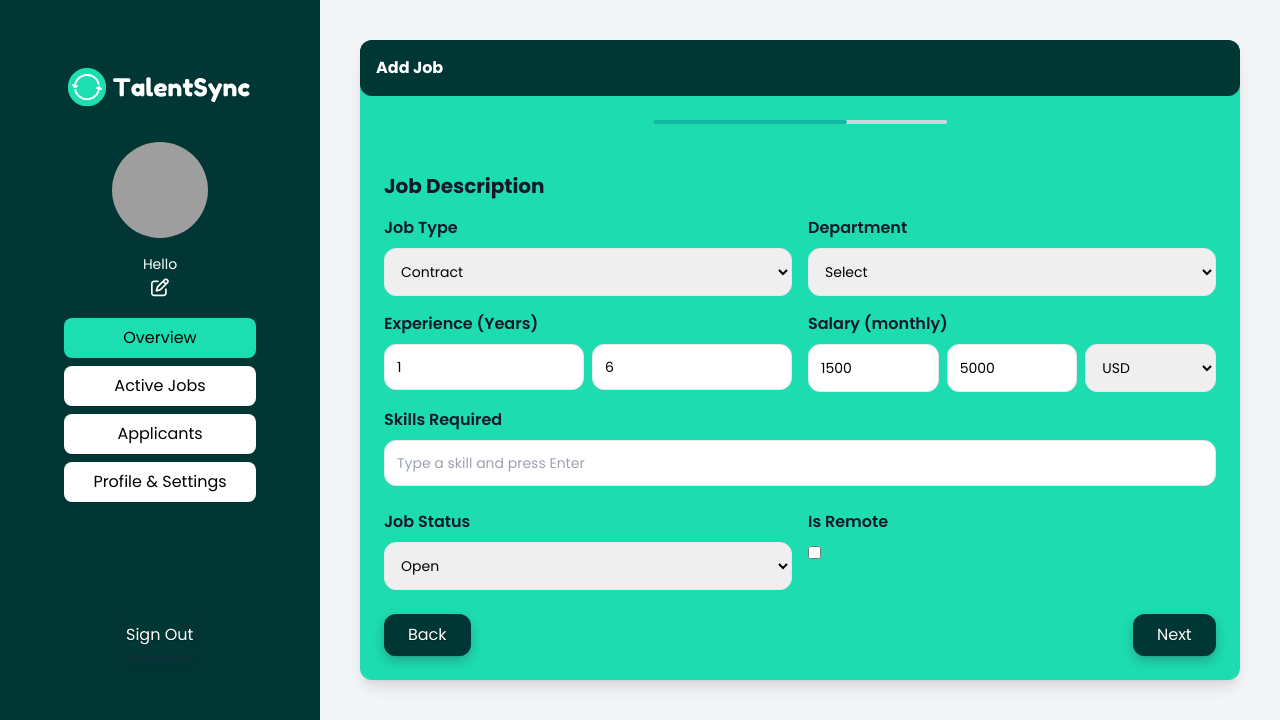
Repository: AbdullahScriptStudio/TalentSync
Page: http://localhost/recruiter/create/step2/
The author's editor kept a copy of each file at every save. The page is drawn from the files as they stood at one save, then again after a run of saves.
The browser window is 1280 px wide. The pictures show the whole page.
Pictures or frames that could not be fetched are drawn as grey boxes. Some web libraries are served in a nearby version. The page is served by the project's application, run on Django 5.2 (manage.py). Other server files are loaded and not shown.

Above is the page before, as saved 2025-03-25 15:49:25.

### recruiter/templates/recruiter/job_form_step2.html
<!DOCTYPE html>
<html lang="en">
{% load static %}

<head>
    <meta charset="UTF-8">
    <meta name="viewport" content="width=device-width, initial-scale=1.0">
    <script src="https://cdn.tailwindcss.com"></script>
    <link rel="stylesheet" href="https://cdnjs.cloudflare.com/ajax/libs/font-awesome/6.0.0-beta3/css/all.min.css">
    <title>Job Post - Step 2</title>
    <style>
        @import url('https://fonts.googleapis.com/css2?family=Inter:ital,opsz,wght@0,14..32,100..900;1,14..32,100..900&family=Poppins:ital,wght@0,100;0,200;0,300;0,400;0,500;0,600;0,700;0,800;0,900;1,100;1,200;1,300;1,400;1,500;1,600;1,700;1,800;1,900&display=swap');

        body {
            font-family: "Poppins", sans-serif;
            background-color: white;
        }

        button {
            font-size: 18px;
            display: inline-block;
            outline: 0;
            border: 0;
            cursor: pointer;
            will-change: box-shadow, transform;
            background: radial-gradient(100% 100% at 100% 0%, #003634 0%, #003634 100%);
            box-shadow: 0px 0.01em 0.01em rgb(45 35 66 / 40%), 0px 0.3em 0.7em -0.01em rgb(45 35 66 / 30%), inset 0px -0.01em 0px rgb(0 54 52 / 50%);
            padding: 0 2em;
            border-radius: 0.3em;
            color: #fff;
            height: 2.6em;
            text-shadow: 0 1px 0 rgb(0 0 0 / 40%);
            transition: box-shadow 0.15s ease, transform 0.15s ease;
        }

        button:hover {
            box-shadow: 0px 0.1em 0.2em rgb(0 54 52 / 40%), 0px 0.4em 0.7em -0.1em rgb(0 54 52 / 30%), inset 0px -0.1em 0px #003634;
            transform: translateY(-0.1em);
        }

        button:active {
            box-shadow: inset 0px 0.1em 0.6em #003634;
            transform: translateY(0em);
        }

        .skill-box {
            display: flex;
            flex-wrap: wrap;
            gap: 10px;
        }

        .skill-item {
            background-color: #003634;
            color: white;
            padding: 8px 12px;
            border-radius: 20px;
            display: flex;
            align-items: center;
        }

        .skill-item button {
            background: none;
            border: none;
            color: white;
            cursor: pointer;
            margin-left: 8px;
        }
    </style>
</head>

<body class="bg-gray-100">
    <div class="flex min-h-screen">
        <!-- Sidebar -->
        <div class="bg-[#003634] text-white w-1/4 p-6 flex flex-col items-center fixed h-full" style="padding: 4rem;">
            <div class="flex items-center mb-8">
                <img alt="TalentSync logo" class="w-48 h-auto" src="{% static 'images/logo.svg' %}" />
            </div>
            <img alt="Profile picture of John Smith" class="w-24 h-24 rounded-full mb-4" height="100" src="{% static 'images/dog-profile.svg' %}" width="100" />
            <div class="text-center mb-4">
                <p class="text-sm">Hello</p>
                <p class="text-lg">{{ user.first_name }} {{ user.last_name }} <i class="fa-regular fa-pen-to-square"></i></p>
            </div>
            <nav class="flex flex-col w-full">
                <a href="overviewDashboard.html" class="bg-[#1cdeb0] text-white py-2 px-4 rounded mb-2" style="border-radius: 0.5rem;color: rgb(0 0 0); text-align: center;">Overview</a>
                <a href="aciveJobsDashboard.html" class="bg-white text-teal-900 py-2 px-4 rounded mb-2" style="border-radius: 0.5rem;color: rgb(0 0 0); text-align: center;">Active Jobs</a>
                <a href="applicantsDashboard.html" class="bg-white text-teal-900 py-2 px-4 rounded mb-2" style="border-radius: 0.5rem;color: rgb(0 0 0); text-align: center;">Applicants</a>
                <a href="#" class="bg-white text-teal-900 py-2 px-4 rounded mb-2" style="border-radius: 0.5rem;color: rgb(0 0 0); text-align: center;">Profile &amp; Settings</a>
            </nav>
            <button class="mt-auto text-white">Sign Out</button>
        </div>

        <!-- Main Content -->
        <div class="flex-1 p-10 ml-[25%] overflow-y-auto">
            <div class="bg-[#1dddb0] rounded-xl shadow-lg">
                <div>
                    <h2 class="bg-[#003634] text-white font-bold mb-6 p-4 rounded-xl">Add Job</h2>
                </div>

                <!-- Progress Bar -->
                <div class="flex justify-center mb-6">
                    <div class="w-1/3 h-1 bg-gray-300 rounded-full">
                        <div class="h-full bg-teal-500 rounded-full" style="width: 66%;"></div> <!-- 66% for step 2 -->
                    </div>
                </div>

                <div class="p-6 rounded-xl">
                    <h3 class="text-xl font-bold text-gray-900 mb-4">Job Description</h3>
                    <form method="POST">
                        {% csrf_token %}
                        <div class="grid grid-cols-1 md:grid-cols-2 gap-4">
                            <div>
                                <label class="block text-gray-900 font-semibold mb-2">Job Type</label>
                                <select class="w-full p-3 text-sm border rounded-xl" name="job_type">
                                    <option>Contract</option>
                                    <option>Full-time</option>
                                    <option>Part-time</option>
                                    <option>Internship</option>
                                </select>
                            </div>
                            <div>
                                <label class="block text-gray-900 font-semibold mb-2">Department</label>
                                <select class="w-full p-3 text-sm border rounded-xl" name="department">
                                    <option>Select</option>
                                    <option>Human Resources</option>
                                    <option>Engineering</option>
                                    <option>Marketing</option>
                                    <option>Sales</option>
                                </select>
                            </div>
                            <div>
                                <label class="block text-gray-900 font-semibold mb-2">Experience (Years)</label>
                                <div class="flex space-x-2">
                                    <input type="number" class="w-1/2 p-3 text-sm border rounded-xl" placeholder="Min" name="min_experience" value="1">
                                    <input type="number" class="w-1/2 p-3 text-sm border rounded-xl" placeholder="Max" name="max_experience" value="6">
                                </div>
                            </div>
                            <div>
                                <label class="block text-gray-900 font-semibold mb-2">Salary (monthly)</label>
                                <div class="flex space-x-2">
                                    <input type="number" class="w-1/3 p-3 text-sm border rounded-xl" placeholder="Min" name="min_salary" value="1500">
                                    <input type="number" class="w-1/3 p-3 text-sm border rounded-xl" placeholder="Max" name="max_salary" value="5000">
                                    <select class="w-1/3 p-3 text-sm border rounded-xl" name="salary_currency">
                                        <option>USD</option>
                                        <option>EUR</option>
                                    </select>
                                </div>
                            </div>
                            <div class="col-span-1 md:col-span-2">
                                <label class="block text-gray-900 font-semibold mb-2">Skills Required</label>
                                <input id="skill-input" type="text" class="w-full p-3 text-sm border rounded-xl mb-2" placeholder="Type a skill and press Enter" name="skills_required">
                                <div id="skill-container" class="skill-box">
                                    <!-- Dynamically added skills will show up here -->
                                </div>
                            </div>
                            <div>
                                <label class="block text-gray-900 font-semibold mb-2">Job Status</label>
                                <select class="w-full p-3 text-sm border rounded-xl" name="job_status">
                                    <option>Open</option>
                                    <option>Closed</option>
                                    <option>Paused</option>
                                </select>
                            </div>
                            <div>
                                <label class="block text-gray-900 font-semibold mb-2">Is Remote</label>
                                <input type="checkbox" name="is_remote">
                            </div>
                        </div>

                        <div class="flex justify-between mt-6">
                            <!-- Back Button Link to Step 1 -->
                            <button class="bg-[#003634] text-white py-2 px-6 rounded-xl" type="button" onclick="window.location.href='/recruiter/create/step1/'">Back</button>
                            <button class="bg-[#003634] text-white py-2 px-6 rounded-xl" type="submit">Next</button>
                        </div>
                    </form>
                </div>
            </div>
        </div>
    </div>

    <script>
        document.addEventListener('DOMContentLoaded', function () {
            const skillInput = document.getElementById('skill-input');
            const skillContainer = document.getElementById('skill-container');
            const messageContainer = document.getElementById('message-container'); // Add message container

            skillInput.addEventListener('keypress', function (e) {
                if (e.key === 'Enter' && skillInput.value.trim() !== '') {
                    const skillName = skillInput.value.trim();
                    if (isSkillDuplicate(skillName)) {
                        showMessage('Skill already exists.', 'red'); // Show error message
                    } else {
                        addSkill(skillName);
                        skillInput.value = '';
                        clearMessage(); // Clear message
                    }
                }
            });

            function isSkillDuplicate(skillName) {
                const skills = skillContainer.querySelectorAll('.skill-item');
                for (const skill of skills) {
                    if (skill.textContent.includes(skillName)) {
                        return true;
                    }
                }
                return false;
            }

            function addSkill(skillName) {
                const skill = document.createElement('div');
                skill.className = 'skill-item';
                skill.innerHTML = `
                    <span>${skillName}</span>
                    <button class="text-white hover:text-[#1cdeb0]">
                        <i class="fas fa-times"></i>
                    </button>
                `;
                skill.querySelector('button').addEventListener('click', function () {
                    skill.remove();
                });
                skillContainer.appendChild(skill);
            }

            function showMessage(message, color) {
                messageContainer.textContent = message;
                messageContainer.style.color = color;
            }

            function clearMessage() {
                messageContainer.textContent = '';
            }
        });
    </script>
</body>

</html>

### recruiter/forms.py
from django import forms

class JobPostFormStep1(forms.Form):
    title = forms.CharField(max_length=255)
    company = forms.CharField(max_length=255)
    country = forms.ChoiceField(choices=[('DE', 'Germany')])  # Fixed to Germany
    state_province = forms.ChoiceField(choices=[
        ('Bavaria', 'Bavaria'),
        ('Berlin', 'Berlin'),
        # Add more states
    ])
    city = forms.ChoiceField(choices=[
        ('Munich', 'Munich'),
        ('Berlin', 'Berlin'),
        # Add more cities
    ])



class JobPostFormStep2(forms.Form):
    JOB_TYPES = [
        ('full_time', 'Full-time'),
        ('part_time', 'Part-time'),
        ('contract', 'Contract'),
        ('freelance', 'Freelance'),
        ('temporary', 'Temporary'),
    ]

    SALARY_CURRENCY_CHOICES = [
        ('EUR', 'Euro (EUR)'),
        ('USD', 'United States Dollar (USD)'),
        ('GBP', 'British Pound (GBP)'),
        ('AUD', 'Australian Dollar (AUD)'),
        ('CAD', 'Canadian Dollar (CAD)'),
    ]

    job_type = forms.ChoiceField(choices=JOB_TYPES)
    min_experience = forms.IntegerField(min_value=0)
    max_experience = forms.IntegerField(min_value=0)
    min_salary = forms.DecimalField(max_digits=10, decimal_places=2)
    max_salary = forms.DecimalField(max_digits=10, decimal_places=2)
    salary_currency = forms.ChoiceField(choices=SALARY_CURRENCY_CHOICES)
    skills_required = forms.CharField(max_length=500)  # Comma separated skills
    department = forms.CharField(max_length=100)
    job_status = forms.ChoiceField(choices=[('open', 'Open'), ('closed', 'Closed'), ('paused', 'Paused')])
    is_remote = forms.BooleanField(required=False)



class JobPostFormStep3(forms.Form):
    job_description = forms.CharField(
        widget=forms.Textarea(attrs={'class': 'w-full p-3 text-sm border rounded-xl', 'placeholder': 'Enter the job description here...'}),
        required=True
    )

### recruiter/views.py
from django.shortcuts import render, redirect
from .models import JobPost
#from .forms import JobPostForm  # We'll create this form next
from .forms import JobPostFormStep1, JobPostFormStep2, JobPostFormStep3




# View to list all job posts
def job_list(request):
    job_posts = JobPost.objects.all()
    return render(request, 'recruiter/job_list.html', {'job_posts': job_posts})

# View to show details of a single job post
def job_detail(request, pk):
    job_post = JobPost.objects.get(pk=pk)
    return render(request, 'recruiter/job_detail.html', {'job_post': job_post})

# View to create a new job post
def job_create_step1(request):
    if request.method == 'POST':
        form = JobPostFormStep1(request.POST)
        if form.is_valid():
            # Save the form data in session
            request.session['job_title'] = form.cleaned_data['title']
            request.session['company'] = form.cleaned_data['company']
            request.session['country'] = form.cleaned_data['country']
            request.session['state_province'] = form.cleaned_data['state_province']
            request.session['city'] = form.cleaned_data['city']

            return redirect('job_create_step2')  # Proceed to next step
    else:
        form = JobPostFormStep1()

    return render(request, 'recruiter/job_form_step1.html', {'form': form})


def job_create_step2(request):
    if request.method == 'POST':
        form = JobPostFormStep2(request.POST)
        if form.is_valid():
            # Save form data in session
            request.session['job_type'] = form.cleaned_data['job_type']
            request.session['min_experience'] = form.cleaned_data['min_experience']
            request.session['max_experience'] = form.cleaned_data['max_experience']
            request.session['min_salary'] = form.cleaned_data['min_salary']
            request.session['max_salary'] = form.cleaned_data['max_salary']
            request.session['salary_currency'] = form.cleaned_data['salary_currency']
            request.session['skills_required'] = form.cleaned_data['skills_required']
            request.session['department'] = form.cleaned_data['department']
            request.session['job_status'] = form.cleaned_data['job_status']
            request.session['is_remote'] = form.cleaned_data['is_remote']

            return redirect('job_create_step3')  # Go to next step
    else:
        form = JobPostFormStep2()

    return render(request, 'recruiter/job_form_step2.html', {'form': form})



def job_create_step3(request):
    if request.method == 'POST':
        form = JobPostFormStep3(request.POST)
        if form.is_valid():
            # Collect data from session (Step 1, Step 2, and Step 3)
            title = request.session.get('title', '')
            company = request.session.get('company', '')
            country = request.session.get('country', 'DE')
            state_province = request.session.get('state_province', 'Bavaria')
            city = request.session.get('city', 'Munich')
            job_type = request.session.get('job_type', 'full_time')
            department = request.session.get('department', '')
            min_experience = request.session.get('min_experience', 0)
            max_experience = request.session.get('max_experience', 0)
            min_salary = request.session.get('min_salary', 0.0)
            max_salary = request.session.get('max_salary', 0.0)
            salary_currency = request.session.get('salary_currency', 'EUR')
            skills_required = request.session.get('skills_required', '')
            job_description = form.cleaned_data['job_description']
            job_status = request.session.get('job_status', 'open')  # This was collected in Step 2

            # Save the data to the database
            job_post = JobPost(
                title=title,
                company=company,
                country=country,
                state_province=state_province,
                city=city,
                job_type=job_type,
                department=department,
                min_experience=min_experience,
                max_experience=max_experience,
                min_salary=min_salary,
                max_salary=max_salary,
                salary_currency=salary_currency,
                skills_required=skills_required,
                job_description=job_description,
                status=job_status
            )
            job_post.save()

            # Optionally, you can clear session data if not needed anymore
            request.session.flush()

            # Redirect to a summary or success page
            return redirect('job_create_summary')  # This is a hypothetical summary page
    else:
        form = JobPostFormStep3()

    return render(request, 'recruiter/job_form_step3.html', {'form': form})

### talentsync/urls.py
"""
URL configuration for talentsync project.

The `urlpatterns` list routes URLs to views. For more information please see:
    https://docs.djangoproject.com/en/5.1/topics/http/urls/
Examples:
Function views
    1. Add an import:  from my_app import views
    2. Add a URL to urlpatterns:  path('', views.home, name='home')
Class-based views
    1. Add an import:  from other_app.views import Home
    2. Add a URL to urlpatterns:  path('', Home.as_view(), name='home')
Including another URLconf
    1. Import the include() function: from django.urls import include, path
    2. Add a URL to urlpatterns:  path('blog/', include('blog.urls'))
"""
from django.contrib import admin
from django.urls import path, include
from django.conf import settings
from django.conf.urls.static import static

urlpatterns = [
    path('admin/', admin.site.urls),
    path('recruiter/', include('recruiter.urls')),
    #path('applicant/', include('applicant.urls')),
]


if settings.DEBUG:
    urlpatterns += static(settings.MEDIA_URL, document_root=settings.MEDIA_ROOT)

### recruiter/urls.py
from django.urls import path
from . import views
from django.conf.urls.static import static
from django.conf import settings



urlpatterns = [


    #adding new job
    path('create/step1/', views.job_create_step1, name='job_create_step1'),
    path('create/step2/', views.job_create_step2, name='job_create_step2'),
    path('create/step3/', views.job_create_step3, name='job_create_step3'),
]



if settings.DEBUG:
    urlpatterns += static(settings.MEDIA_URL, document_root=settings.MEDIA_ROOT)

Loaded but not shown: static/images/logo.svg (1 lines, source omitted)

After the next 6 saves:
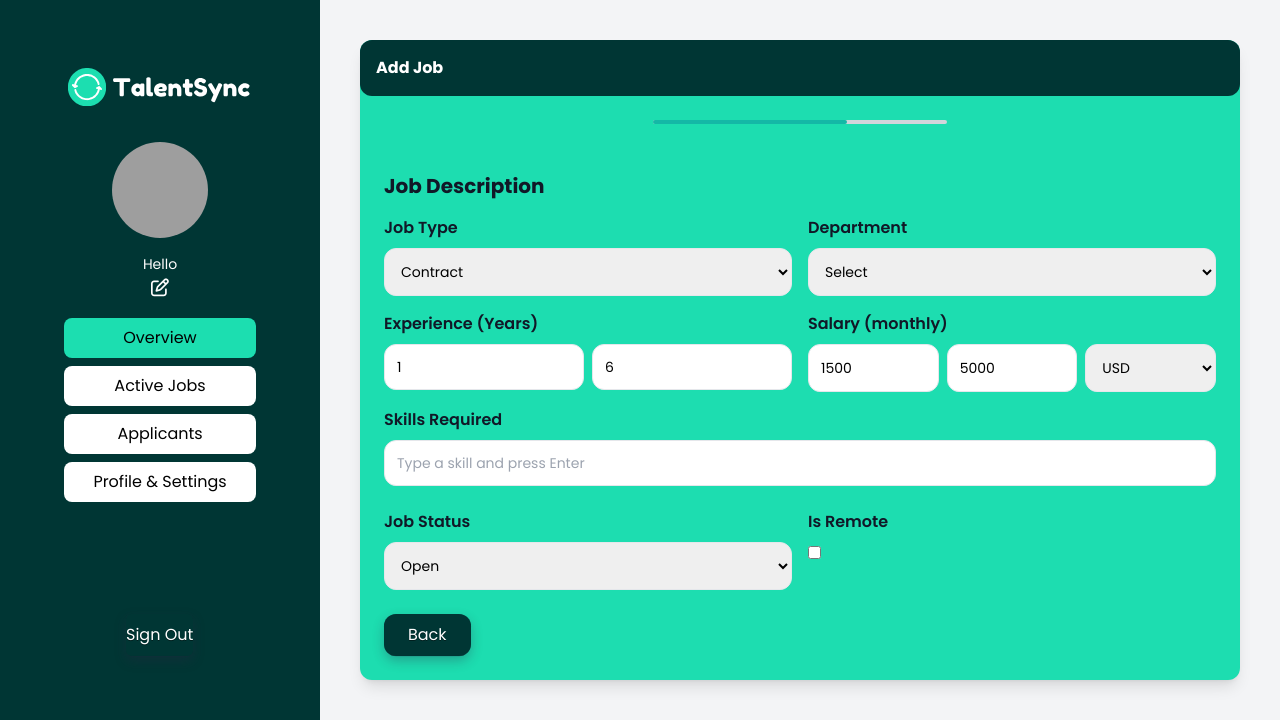
The 6 saves are shown as one change because they came seconds apart.
The last was saved 14 s later.
--- a/recruiter/templates/recruiter/job_form_step2.html
+++ b/recruiter/templates/recruiter/job_form_step2.html
@@ -169,7 +169,7 @@
                         <div class="flex justify-between mt-6">
                             <!-- Back Button Link to Step 1 -->
                             <button class="bg-[#003634] text-white py-2 px-6 rounded-xl" type="button" onclick="window.location.href='/recruiter/create/step1/'">Back</button>
-                            <button class="bg-[#003634] text-white py-2 px-6 rounded-xl" type="submit">Next</button>
+                            <!--<button class="bg-[#003634] text-white py-2 px-6 rounded-xl" type="submit">Next</button>
                         </div>
                     </form>
                 </div>
